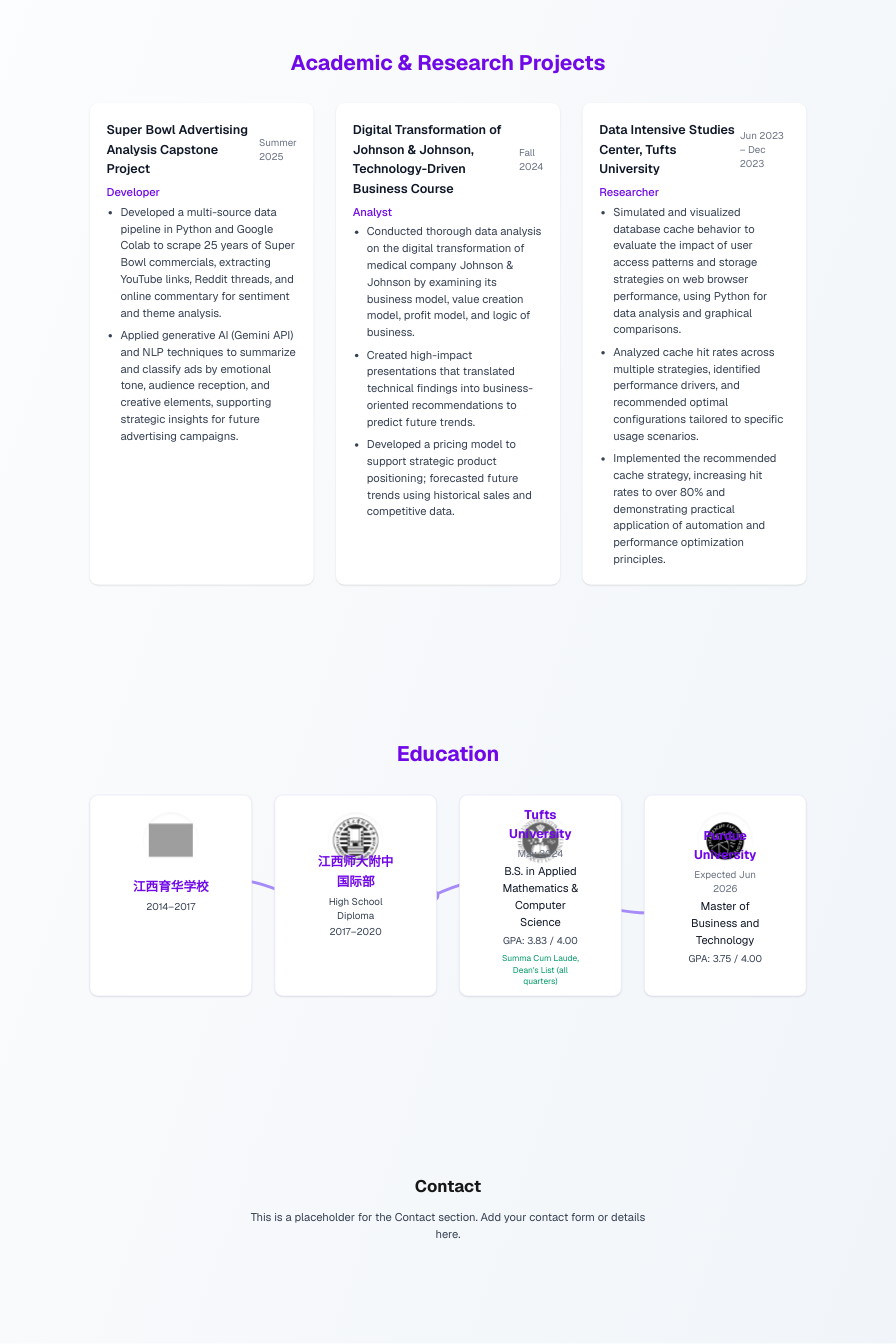
Repository: winniewyl/personal-portfolio
Page: /
These files come from the project's save history. The page is drawn as it stood at one moment and after the next save; the edit follows.
The browser window is 1280 px wide. The pictures show the part of the page from y = 1865 to 3785 px (the page is 3785 px tall), at 70% of full size.
Pictures or frames that could not be fetched are drawn as grey boxes. The project was rebuilt for these pictures with package versions that can differ from the ones it lists, and the page was loaded fresh each time. The framework's server and built-in components were replaced by stand-ins that run in the browser. Also part of the build but not shown: next.config.ts.

Above is the page before, as saved 2025-07-29 12:52:42.

After the next save:
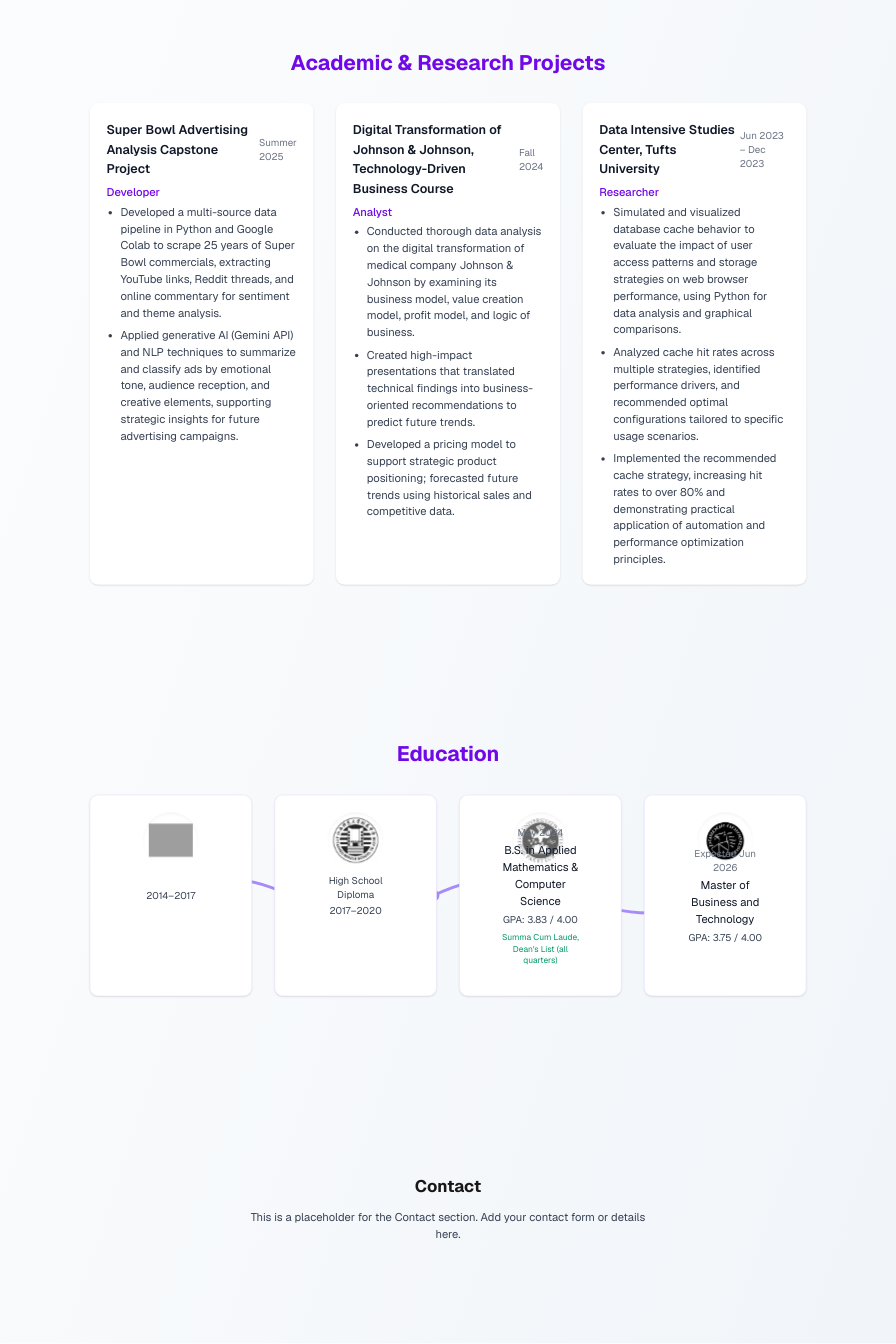
Saved 101 s later.
--- a/src/app/page.tsx
+++ b/src/app/page.tsx
@@ -228,9 +228,6 @@
                   />
                 </div>
                 <div className="absolute top-1/2 left-1/2 transform -translate-x-1/2 -translate-y-1/2 flex flex-col items-center space-y-1">
-                  <span className="font-bold text-lg text-violet-700">
-                    江西育华学校
-                  </span>
                   <span className="text-sm text-gray-700 dark:text-gray-300">
                     2014–2017
                   </span>
@@ -247,9 +244,6 @@
                   />
                 </div>
                 <div className="absolute top-1/2 left-1/2 transform -translate-x-1/2 -translate-y-1/2 flex flex-col items-center space-y-1">
-                  <span className="font-bold text-lg text-violet-700">
-                    江西师大附中国际部
-                  </span>
                   <span className="text-sm text-gray-700 dark:text-gray-300">
                     High School Diploma
                   </span>
@@ -269,9 +263,6 @@
                   />
                 </div>
                 <div className="absolute top-1/2 left-1/2 transform -translate-x-1/2 -translate-y-1/2 flex flex-col items-center space-y-1">
-                  <span className="font-bold text-lg text-violet-700">
-                    Tufts University
-                  </span>
                   <span className="text-sm text-gray-500 dark:text-gray-400">
                     May 2024
                   </span>
@@ -297,9 +288,6 @@
                   />
                 </div>
                 <div className="absolute top-1/2 left-1/2 transform -translate-x-1/2 -translate-y-1/2 flex flex-col items-center space-y-1">
-                  <span className="font-bold text-lg text-violet-700">
-                    Purdue University
-                  </span>
                   <span className="text-sm text-gray-500 dark:text-gray-400">
                     Expected Jun 2026
                   </span>
